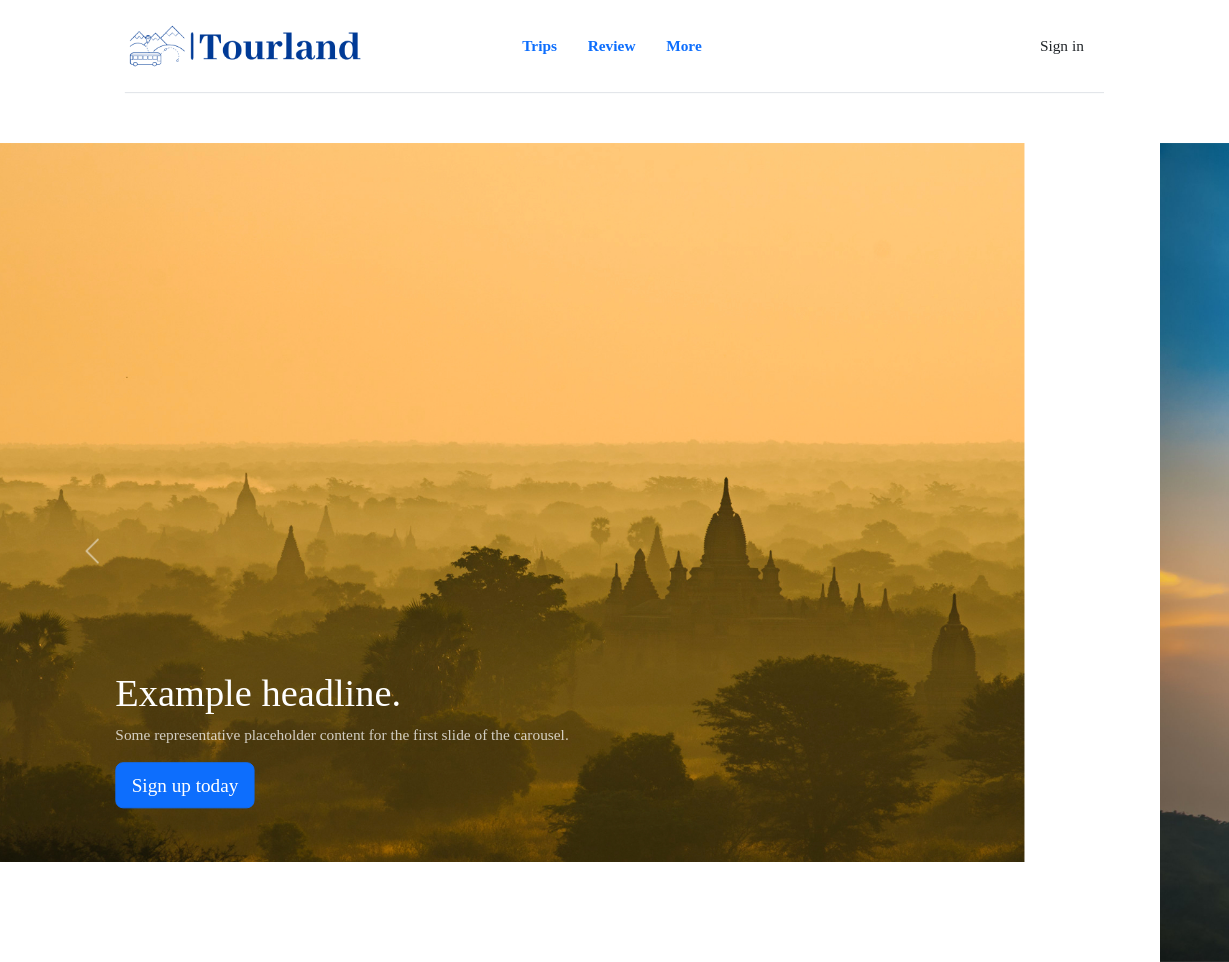
Repository: nyeinsu4520/tourland
Page: http://localhost/index
The author's editor kept a copy of each file at every save. The page is drawn from the files as they stood at one save, then again after the next save.
The browser window is 1280 px wide. The pictures show the whole page, at 96% of full size.
Some web fonts or font styles are not loaded; a fallback is used. The page is this project's Thymeleaf template; nobody is signed in. The template is opened directly, without the code that normally fills it, so the values that code supplies are empty.

Above is the page before, as saved 2024-05-31 17:10:10.

### Tourland/src/main/resources/templates/index.html
<!DOCTYPE html>
<html>
<head>
<meta charset="ISO-8859-1">
<title>Insert title here</title>

	<link rel="icon" href="img/tourland2.png" type="image/png" />
    <link rel="stylesheet" href="./bootstrap/css/bootstrap.min.css" />
    <script src="./bootstrap/js/bootstrap.bundle.min.js"></script>
    <link href="https://cdnjs.cloudflare.com/ajax/libs/font-awesome/6.5.2/css/all.min.css"/>
    <link rel="stylesheet" href="style.css" />
    <style>
      #google_translate_element {
          display: none;
      }
  </style>
</head>
<body>

<div class="container">
      <header
        class="d-flex flex-wrap align-items-center justify-content-center justify-content-md-between py-3 mx-5 border-bottom"
      >
        <div class="col-md-auto mb-2 mb-md-0">
          <img class="logo" src="/image/img/tourland1.png" alt="" width="230px" />
        </div>

        <ul class="nav col-12 col-md-auto mb-2 justify-content-center mb-md-0">
          <li class="nav-item dropdown">
            <a
              class="nav-link fw-bold py-1 px-0 m-3 active"
              href="#"
              data-bs-toggle="dropdown"
              aria-expanded="false"
              >Trips</a
            >
            <ul class="dropdown-menu ">
              <li><a class="dropdown-item" href="#">One day Trip</a></li>
              <li><a class="dropdown-item" href="#">One Week Trip</a></li>
              <li><a class="dropdown-item" href="#">View my Trips</a></li>
            </ul>
          </li>
          <li class="nav-item dropdown">
            <a
              class="nav-link fw-bold py-1 px-0 m-3 active"
              href="#"
              data-bs-toggle="dropdown"
              aria-expanded="false"
              >Review</a
            >
            <ul class="dropdown-menu">
              <li><a class="dropdown-item" href="#">Write a Review</a></li>
              <li><a class="dropdown-item" href="#">Post a Photo</a></li>
              <li><a class="dropdown-item" href="#">Review Comments</a></li>
            </ul>
          </li>
          <li class="nav-item dropdown">
            <a
              class="nav-link nav-link-active fw-bold py-1 px-0 m-3 active"
              href="#"
              data-bs-toggle="dropdown"
              aria-expanded="false"
              >More</a
            >
            <ul class="dropdown-menu">
              <li><a class="dropdown-item" href="#">Restaurant</a></li>
              <li><a class="dropdown-item" href="#">Hotel</a></li>
              <li><a class="dropdown-item" href="#">Rental Cars</a></li>
            </ul>
          </li>
        </ul>

        <div class="col-md-3 text-end">
          <button type="button" class="btn btn-outline-first me-2">
            Sign in
          </button>
        </div>
      </header>
</div>

<div id="myCarousel" class="carousel slide mt-5 pt-1 mb-6" data-bs-ride="carousel">
      <div class="carousel-indicators">
        <button type="button" data-bs-target="#myCarousel" data-bs-slide-to="0" class="active" aria-current="true" aria-label="Slide 1"></button>
        <button type="button" data-bs-target="#myCarousel" data-bs-slide-to="1" aria-label="Slide 2"></button>
        <button type="button" data-bs-target="#myCarousel" data-bs-slide-to="2" aria-label="Slide 3"></button>
      </div>
      <div class="carousel-inner">
        <div class="carousel-item active px-3">
          <img src="./image/img/bagan1.jpg" width="90%" >
          <div class="container">
            <div class="carousel-caption text-start">
              <h1>Example headline.</h1>
              <p class="opacity-75">Some representative placeholder content for the first slide of the carousel.</p>
              <p><a class="btn btn-lg btn-primary" href="#">Sign up today</a></p>
            </div>
          </div>
        </div>
        <div class="carousel-item">
          <img src="./image/img/kyitehtiyo.jfif" width="100%" >
          <div class="container">
            <div class="carousel-caption">
              <h1>Another example headline.</h1>
              <p>Some representative placeholder content for the second slide of the carousel.</p>
              <p><a class="btn btn-lg btn-primary" href="#">Learn more</a></p>
            </div>
          </div>
        </div>
        <div class="carousel-item">
           <img src="./image/img/shwesikhone.jpg" width="100%" >
          <div class="container">
            <div class="carousel-caption text-end">
              <h1>One more for good measure.</h1>
              <p>Some representative placeholder content for the third slide of this carousel.</p>
              <p><a class="btn btn-lg btn-primary" href="#">Browse gallery</a></p>
            </div>
          </div>
        </div>
      </div>
      <button class="carousel-control-prev" type="button" data-bs-target="#myCarousel" data-bs-slide="prev">
        <span class="carousel-control-prev-icon" aria-hidden="true"></span>
        <span class="visually-hidden">Previous</span>
      </button>
      <button class="carousel-control-next" type="button" data-bs-target="#myCarousel" data-bs-slide="next">
        <span class="carousel-control-next-icon" aria-hidden="true"></span>
        <span class="visually-hidden">Next</span>
      </button>
    </div>




</body>
</html>

### Tourland/src/main/resources/static/image/img/style.css
@import url('https://fonts.googleapis.com/css2?family=Jersey+20&family=Jersey+25&family=Josefin+Sans:ital,wght@0,100..700;1,100..700&family=Noto+Sans+Myanmar:wght@100;200;300;400;500;600;700;800;900&family=Nunito+Sans:ital,opsz,wght@0,6..12,200..1000;1,6..12,200..1000&family=Platypi:ital,wght@0,300..800;1,300..800&display=swap');


.nunito-sans {
    font-family: "Nunito Sans", sans-serif;
    font-optical-sizing: auto;
    font-style: normal;
    font-variation-settings:
      "wdth" 100,
      "YTLC" 500;
  }


  *  {
    font-family: "Nunito Sans";

}


.logo{
    width: 250px;
}

Loaded but not shown: Tourland/src/main/resources/static/bootstrap/css/bootstrap.min.css (library); Tourland/src/main/resources/static/bootstrap/js/bootstrap.bundle.min.js (library)

After the next save:
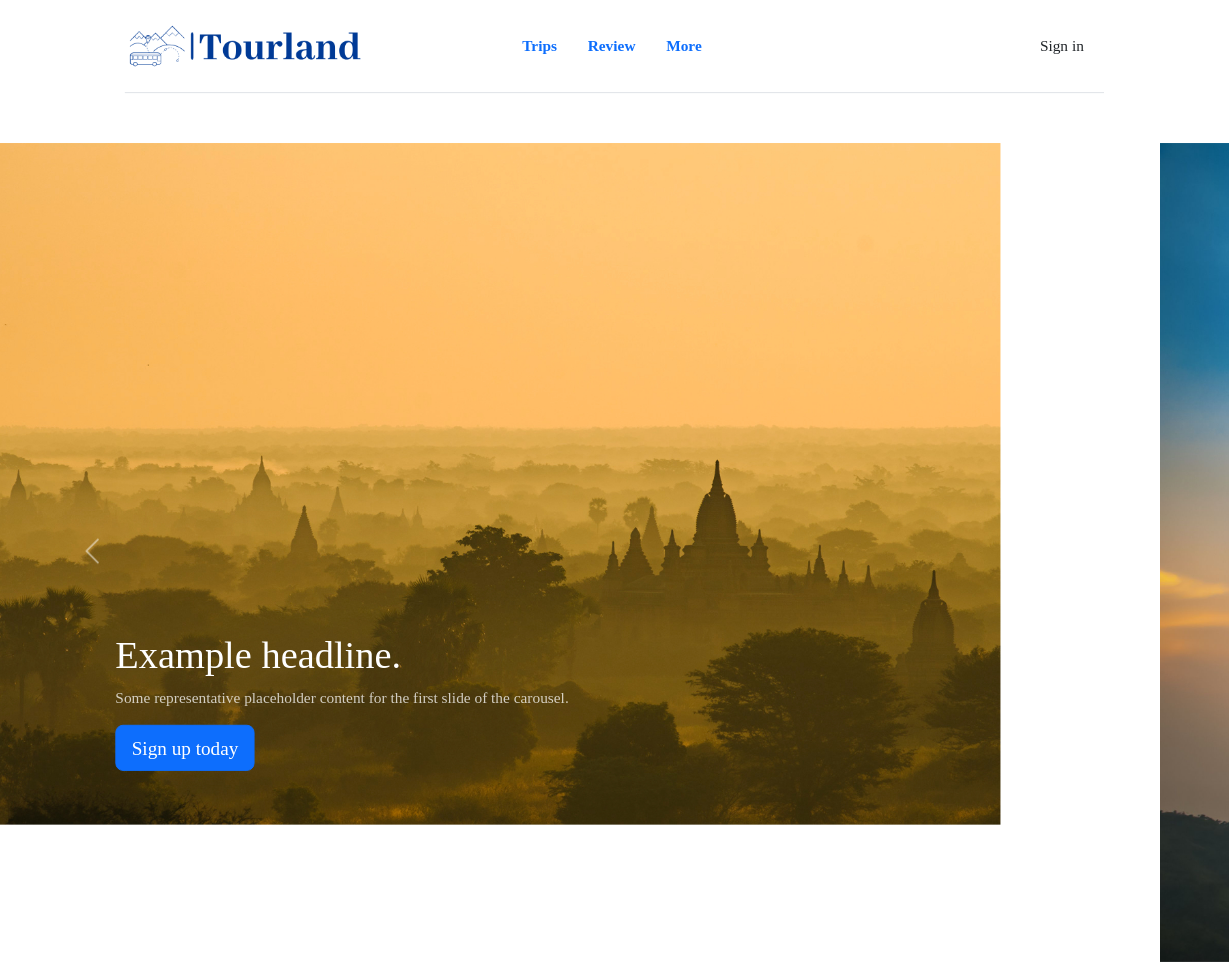
Saved 5 s later.
--- a/Tourland/src/main/resources/templates/index.html
+++ b/Tourland/src/main/resources/templates/index.html
@@ -85,7 +85,7 @@
         <button type="button" data-bs-target="#myCarousel" data-bs-slide-to="2" aria-label="Slide 3"></button>
       </div>
       <div class="carousel-inner">
-        <div class="carousel-item active px-3">
+        <div class="carousel-item active px-5">
           <img src="./image/img/bagan1.jpg" width="90%" >
           <div class="container">
             <div class="carousel-caption text-start">
